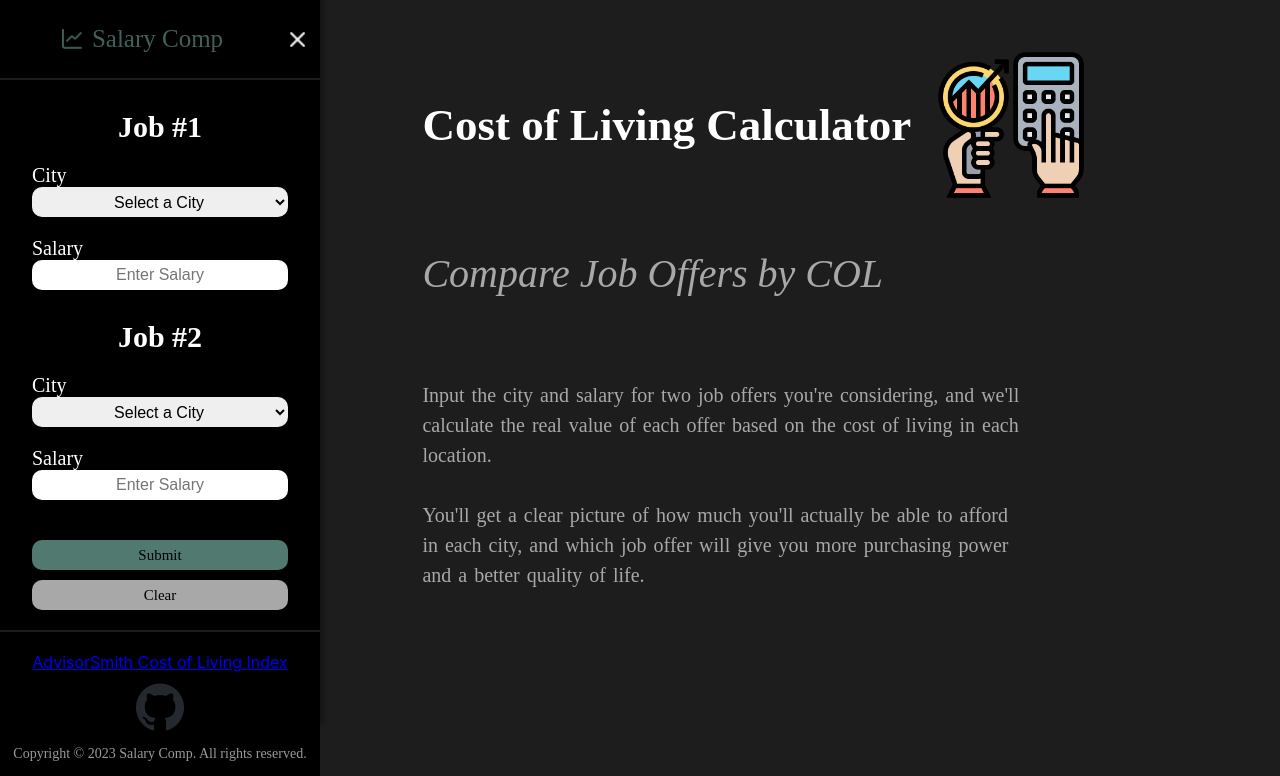
Repository: robbymcd/Salary-Comp
Page: /
An editor plug-in stored every save of this project. The page is shown before and after the next save, followed by the edit.
The browser window is 1280 px wide. The pictures show the whole page.
Some web fonts or font styles are not loaded; a fallback is used. The project was rebuilt for these pictures with package versions that can differ from the ones it lists, and the page was loaded fresh each time. Also part of the build but not shown: src/Main.css, src/Main.js.

Above is the page before, as saved 2023-06-16 11:42:18.

After the next save:
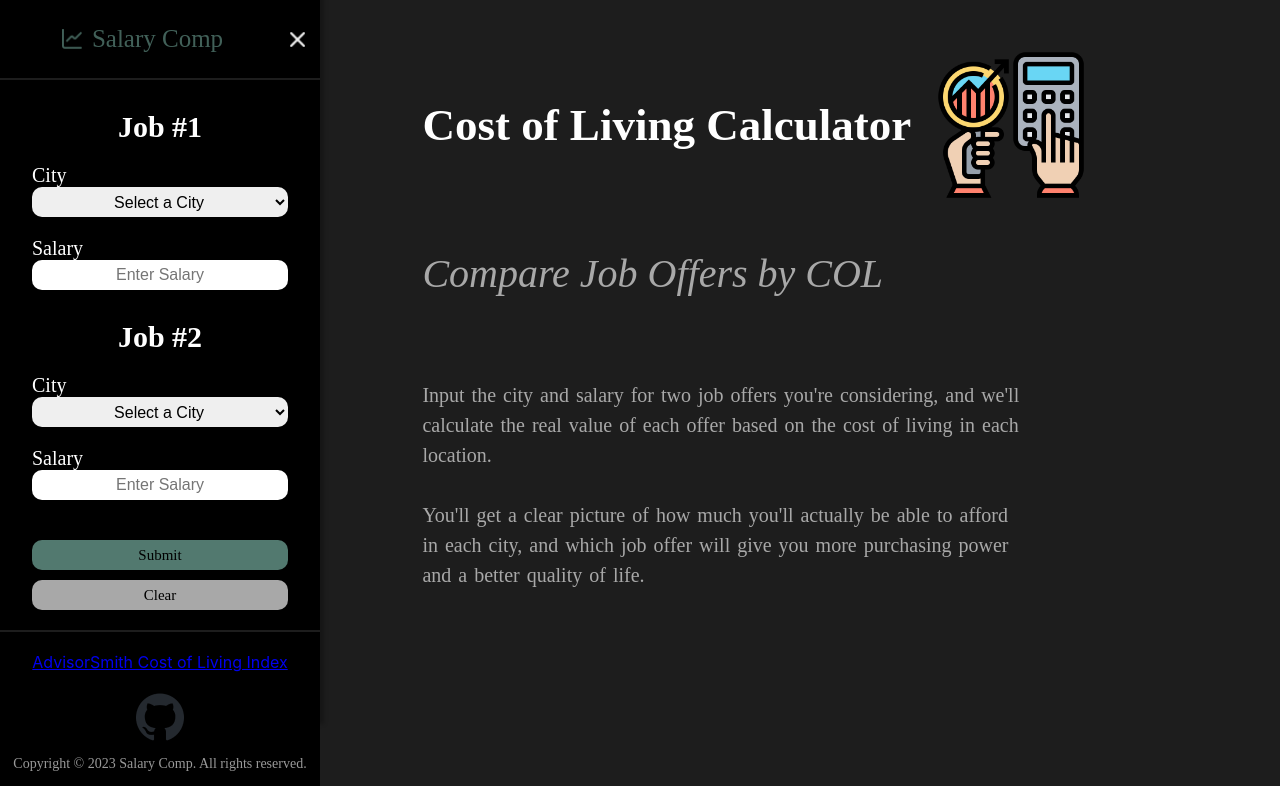
Saved 52 s later.
--- a/src/OpenSidebar.css
+++ b/src/OpenSidebar.css
@@ -164,6 +164,7 @@ input {
     align-items: center;
     justify-content: center;
     margin-top: 20px;
+    margin-bottom: 10px;
 }
 
 .hiv a {
